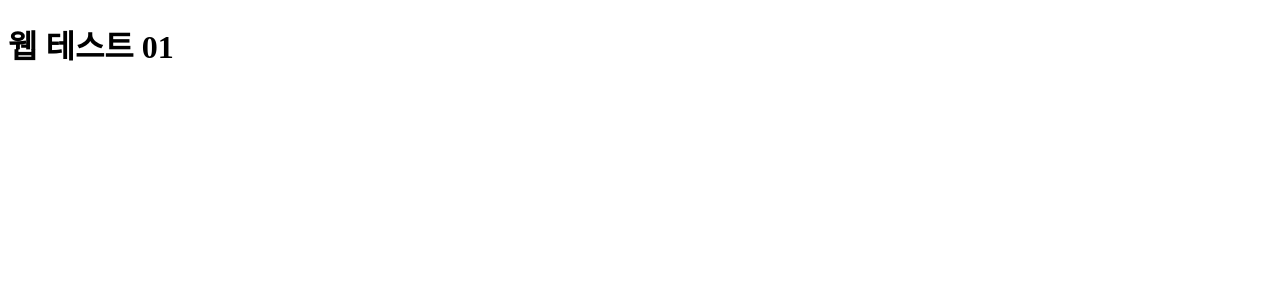
Repository: HyoJun-A/java8
Page: http://localhost/test01/
The author's editor kept a copy of each file at every save. The page is drawn from the files as they stood at one save, then again after the next save.
The browser window is 1280 px wide. The pictures show the whole page.
The page is served by Tomcat 9.

Above is the page before, as saved 2022-08-30 06:25:14.

### test01/WebContent/index.jsp
<%@ page language="java" contentType="text/html; charset=UTF-8"
    pageEncoding="UTF-8"%>
<%@ page import="java.sql.*" %>
<!DOCTYPE html>
<html>
<head>
<meta charset="UTF-8">
<title>웹 테스트</title>
</head>
<body>
	<h1>웹 테스트 01</h1>
<%
	String DB_URL = "jdbc:mysql://localhost:3306/test";
	String DB_USER = "root";
	String DB_PW = "a1234";
	Connection conn;
	Statement stmt;
	try {
		Class.forName("com.mysql.jdbc.Driver");
		conn = DriverManager.getConnection(DB_URL, DB_USER, DB_PW);
		stmt = conn.createStatement();
		conn.close();
	} catch(Exception e){
		out.println(e.getMessage());
	}
%>
</body>
</html>

After the next save:
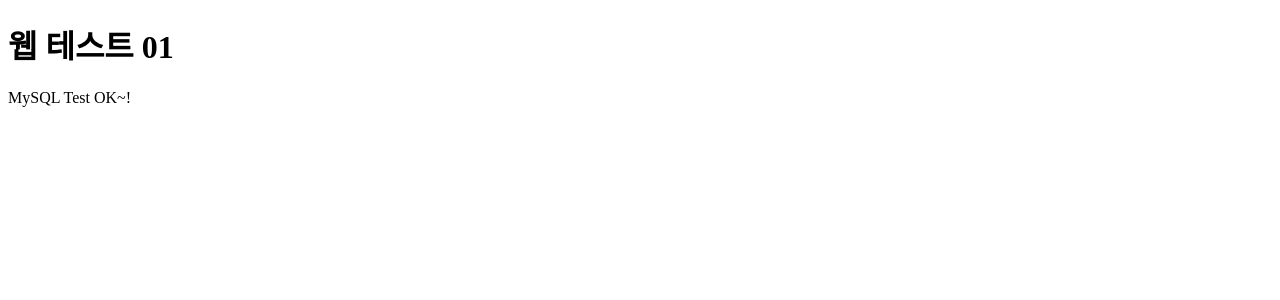
Saved 26 s later.
--- a/test01/WebContent/index.jsp
+++ b/test01/WebContent/index.jsp
@@ -20,6 +20,7 @@
 		conn = DriverManager.getConnection(DB_URL, DB_USER, DB_PW);
 		stmt = conn.createStatement();
 		conn.close();
+		out.println("MySQL Test OK~!");
 	} catch(Exception e){
 		out.println(e.getMessage());
 	}
